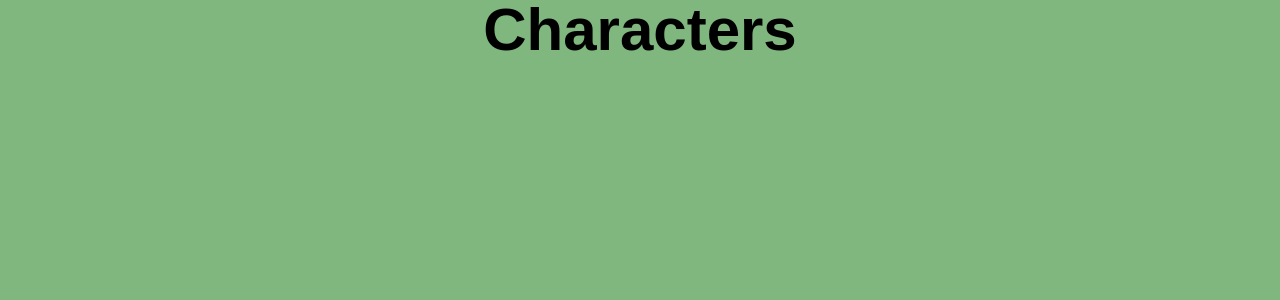
Repository: ChristianGecchelin/Tattoox-challenge-react
Page: /
An editor plug-in stored every save of this project. The page is shown before and after the next save, followed by the edit.
The browser window is 1280 px wide. The pictures show the whole page.
The page's requests for data from a server got no answer. The project was rebuilt for these pictures with package versions that can differ from the ones it lists, and the page was loaded fresh each time. No one was signed in, and anything a server would have sent is missing. Also part of the build but not shown: src/components/card.css, src/components/Card.jsx.

Above is the page before, as saved 2022-09-10 01:49:19.

After the next save:
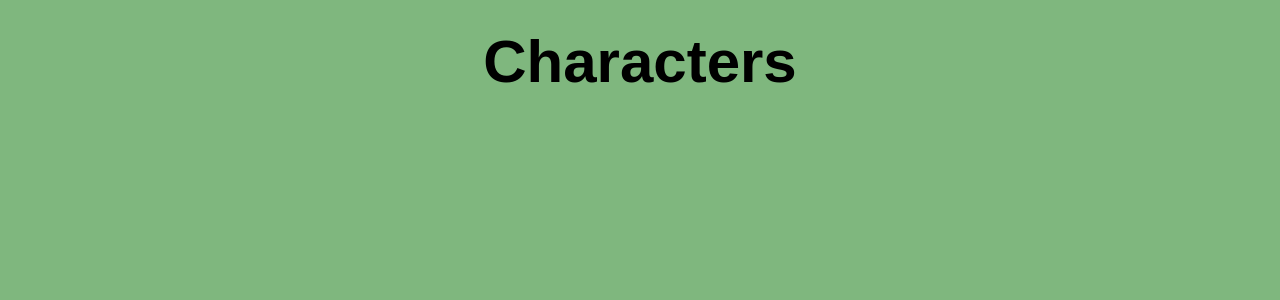
Saved 41 s later.
--- a/src/pages/gallery.css
+++ b/src/pages/gallery.css
@@ -10,4 +10,5 @@
     line-height: 6rem;
     font-weight: 700;
     text-align: center;
+    padding: 32px 0px;
 }
